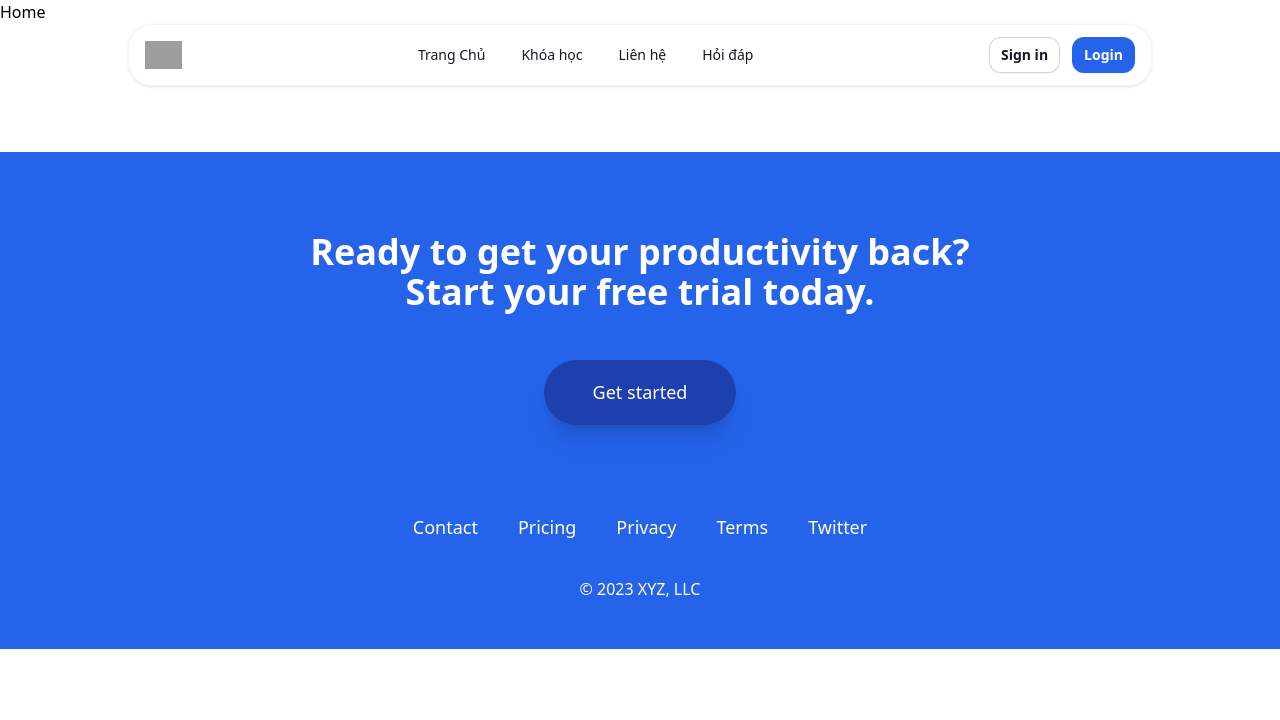
Repository: HzTung/quiz_laravel_vue
Page: / (app in Frontend/)
An editor plug-in stored every save of this project. The page is shown before and after the next save, followed by the edit.
The browser window is 1280 px wide. The pictures show the whole page.
Pictures or frames that could not be fetched are drawn as grey boxes. The project was rebuilt for these pictures with package versions that can differ from the ones it lists, and the page was loaded fresh each time. Also part of the build but not shown: Frontend/vite.config.js, Frontend/src/views/Login.vue, Frontend/src/views/SignUp.vue.

Above is the page before, as saved 2024-08-09 12:54:18.

After the next save:
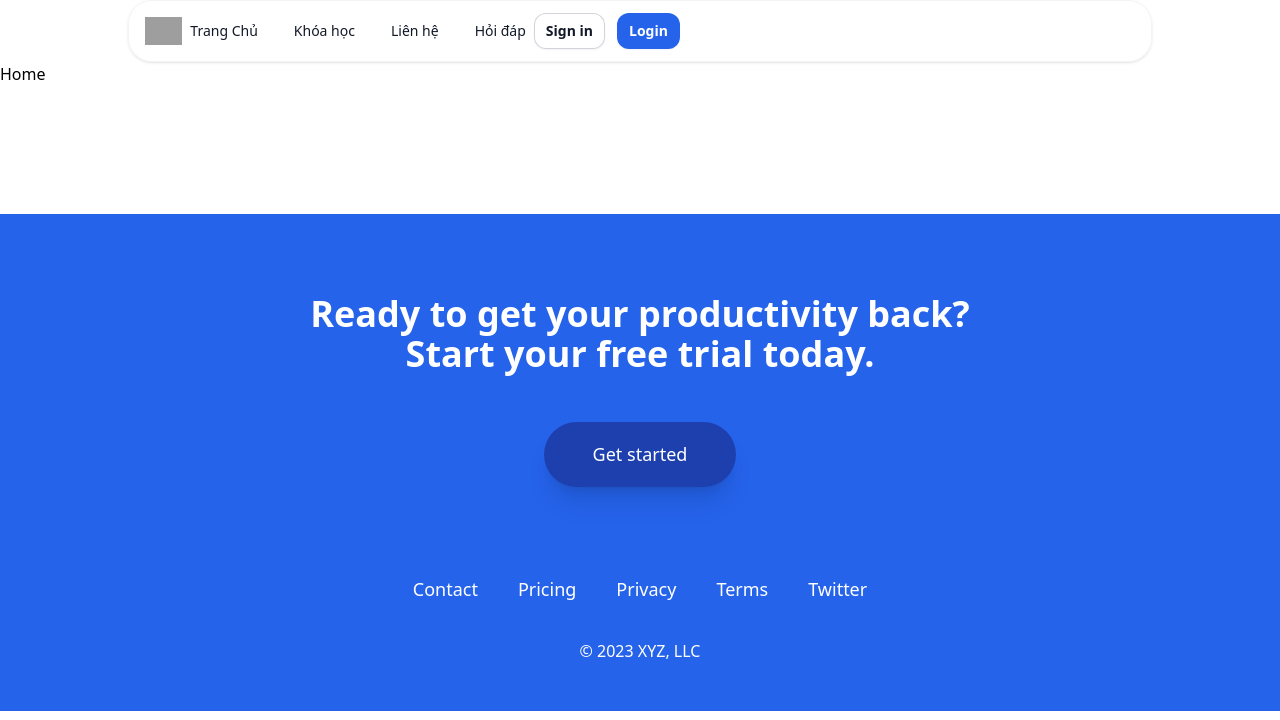
Saved 3 min 14 s later.
--- a/Frontend/src/components/HeaderView.vue
+++ b/Frontend/src/components/HeaderView.vue
@@ -1,6 +1,6 @@
 <template>
     <header
-        class="fixed inset-x-0 top-0 z-30 mx-auto w-full max-w-screen-md border border-gray-100 bg-white/80 py-3 shadow backdrop-blur-lg md:top-6 md:rounded-3xl lg:max-w-screen-lg"
+        class="flex inset-x-0 top-0 z-30 mx-auto w-full max-w-screen-md border border-gray-100 bg-white/80 py-3 shadow backdrop-blur-lg md:top-6 md:rounded-3xl lg:max-w-screen-lg"
     >
         <div class="px-4">
             <div class="flex items-center justify-between">
